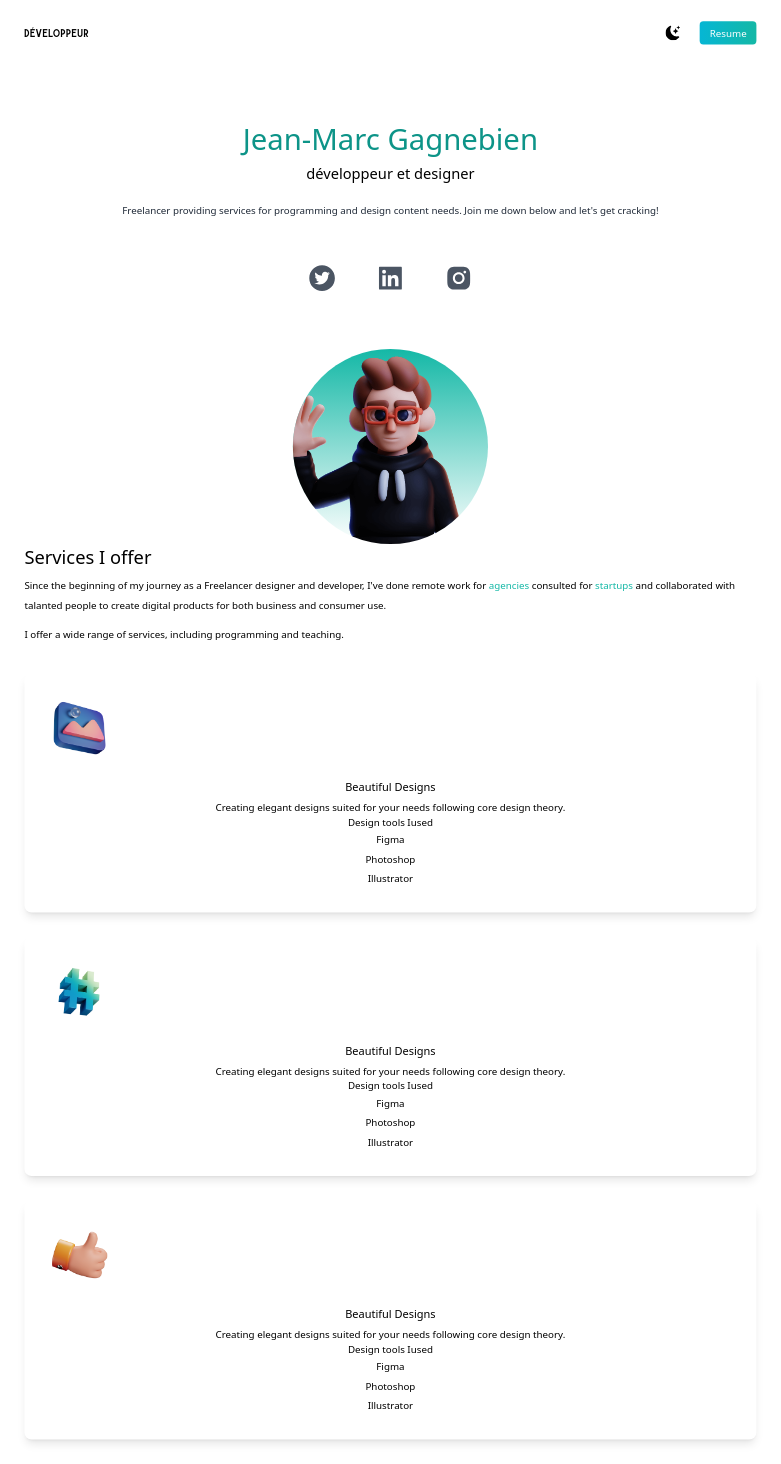
Repository: Jean-MarcG/portfoli_next
Page: /
An editor plug-in stored every save of this project. The page is shown before and after the next save, followed by the edit.
The browser window is 1280 px wide. The pictures show the whole page, at 61% of full size.
The project was rebuilt for these pictures with package versions that can differ from the ones it lists, and the page was loaded fresh each time. The framework's server and built-in components were replaced by stand-ins that run in the browser. Also part of the build but not shown: next.config.js.

Above is the page before, as saved 2023-04-03 11:07:49.

After the next save:
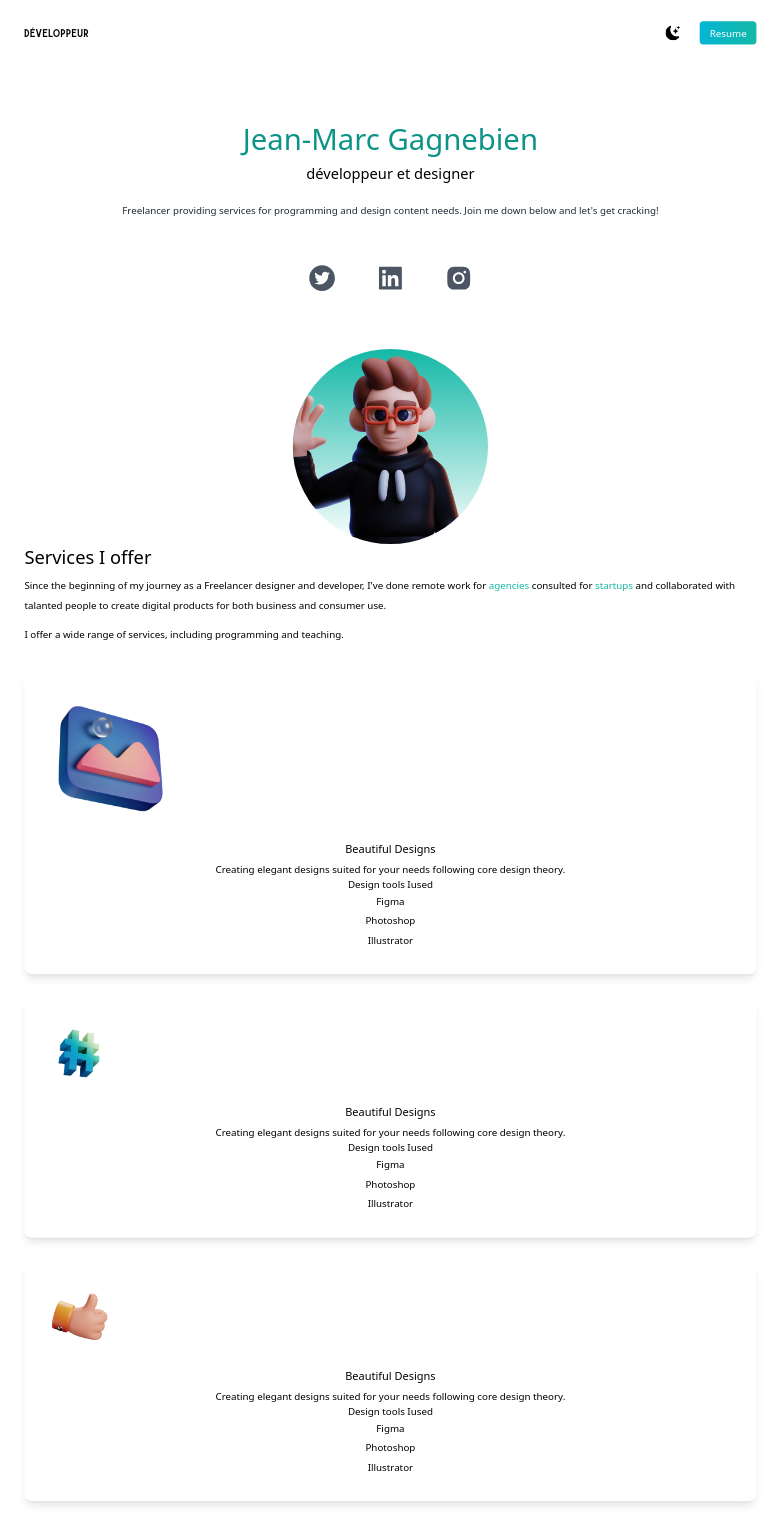
Saved 80 s later.
--- a/pages/index.js
+++ b/pages/index.js
@@ -59,7 +59,7 @@
           </div>
           <div>
             <div className='text-center shadow-lg p-10 rounded-xl my-10'>
-              <Image src={design} alt='image design' width={100} height={100} />
+              <Image src={design} alt='image design' />
               <h3 className='text-lg font-medium pt-8 pb-2'>Beautiful Designs</h3>
               <p>
                 Creating elegant designs suited for your needs following core design theory.

After the save that followed:
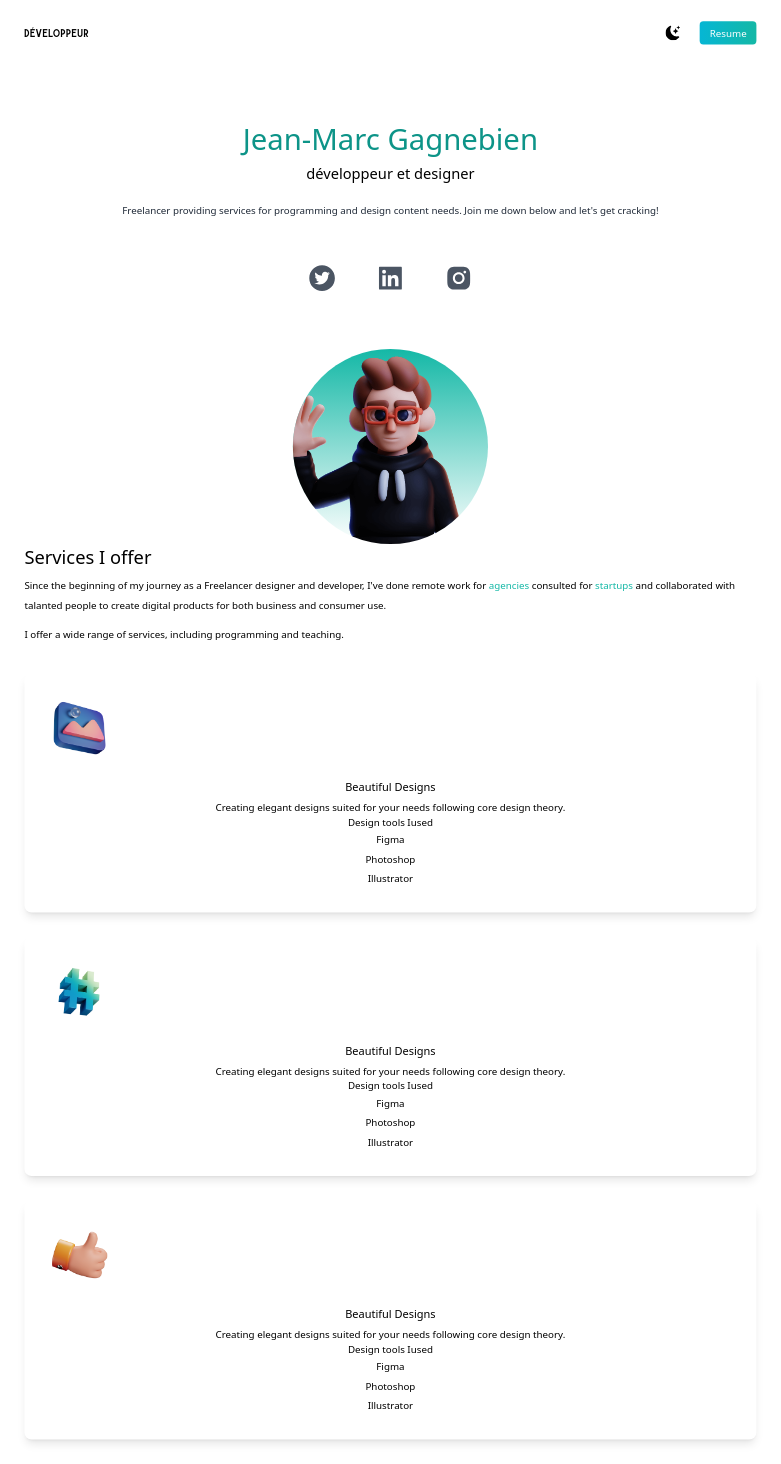
Saved 8 s later.
--- a/pages/index.js
+++ b/pages/index.js
@@ -59,7 +59,7 @@
           </div>
           <div>
             <div className='text-center shadow-lg p-10 rounded-xl my-10'>
-              <Image src={design} alt='image design' />
+              <Image src={design} alt='image design' width={100} height={100} />
               <h3 className='text-lg font-medium pt-8 pb-2'>Beautiful Designs</h3>
               <p>
                 Creating elegant designs suited for your needs following core design theory.
